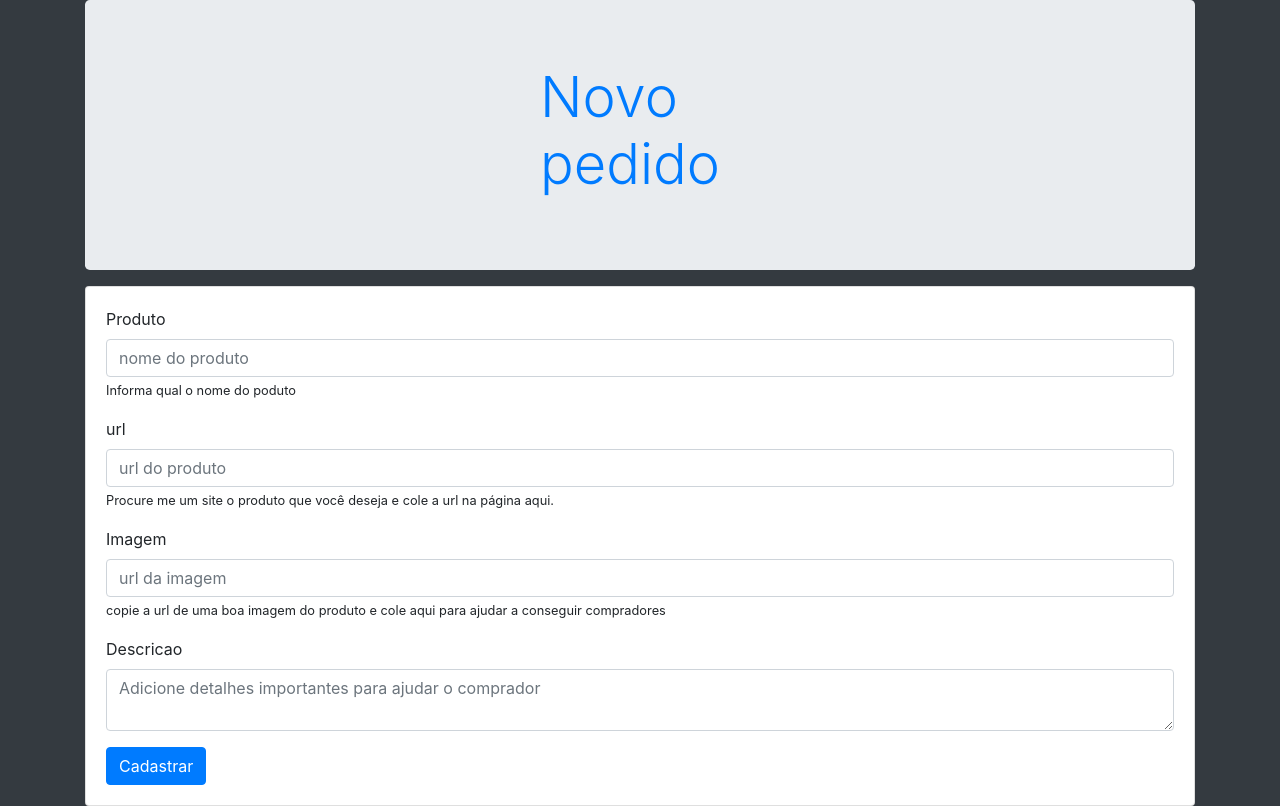
Repository: Erick-Fernandes-dev/Spring_MVC_Part2
Page: http://localhost/pedido/formulario
These files come from the project's save history. The page is drawn as it stood at one moment and after the next save; the edit follows.
The browser window is 1280 px wide. The pictures show the whole page.
The page is this project's Thymeleaf template; nobody is signed in. The template is opened directly, without the code that normally fills it, so the values that code supplies are empty.

Above is the page before, as saved 2022-05-26 18:13:14.

### mudi/src/main/resources/templates/pedido/formulario.html
<!DOCTYPE html>
<html>
<head>
<meta charset="UTF-8">
<title>Insert title here</title>
<link rel="stylesheet"
	href="https://stackpath.bootstrapcdn.com/bootstrap/4.5.2/css/bootstrap.min.css"
	integrity="sha384-JcKb8q3iqJ61gNV9KGb8thSsNjpSL0n8PARn9HuZOnIxN0hoP+VmmDGMN5t9UJ0Z"
	crossorigin="anonymous">
</head>
</head>
<body class="bg-dark">

	<div class="container">

		<div class="jumbotron mb-0">

			<h1 class="display-4 text-primary mx-auto" style="width: 200px;">Novo pedido</h1>

		</div>

		<div class="card mt-3">
			<form th:object = "${requisicaoNovoPedido}" class = "card-body" action="/pedido/novo" method="post">

				<div class="form-group">

					<label for="nomeProduto">Produto</label>
					<input th:field = "*{nomeProduto}" th:errorclass = "is-invalid" class = "form-control" placeholder="nome do produto">
					<small>Informa qual o nome do poduto</small>

					<div class="invalid-feedback"  th:errors = "*{nomeProduto}">
						Erros do nome do produto
					</div>

				</div>

				<div class="form-group">

					<label for="urlProduto">url</label>
					<input th:field = "*{urlProduto}" th:errorclass = "is-invalid" class = "form-control" placeholder="url do produto">
					<small>Procure me um site o produto que você deseja e cole a url na página aqui. </small>

					<div class="invalid-feedback" th:errors = "*{urlProduto}">
						Erros da url do produto
					</div>

				</div>


				<div class="form-group">

					<label for="urlImagem">Imagem</label>
					<input th:field = "*{urlImagem}" th:errorclass = "is-invalid" class = "form-control" placeholder="url da imagem">
					<small>copie a url de uma boa imagem do produto e cole aqui para ajudar a conseguir compradores</small>
					<div class="invalid-feedback" th:errors = "*{urlImagem}">
						Erros da url da imagem
					</div>

				</div>

				<div class="form-group">

					<label for="descricao">Descricao</label>
					<textarea th:field = "*{descricao}" class = "form-control" placeholder="Adicione detalhes importantes para ajudar o comprador"></textarea>

				</div>

				<button class="btn btn-primary" type="submit">Cadastrar</button>

			</form>
		</div>
	</div>
</body>

</html>

After the next save:
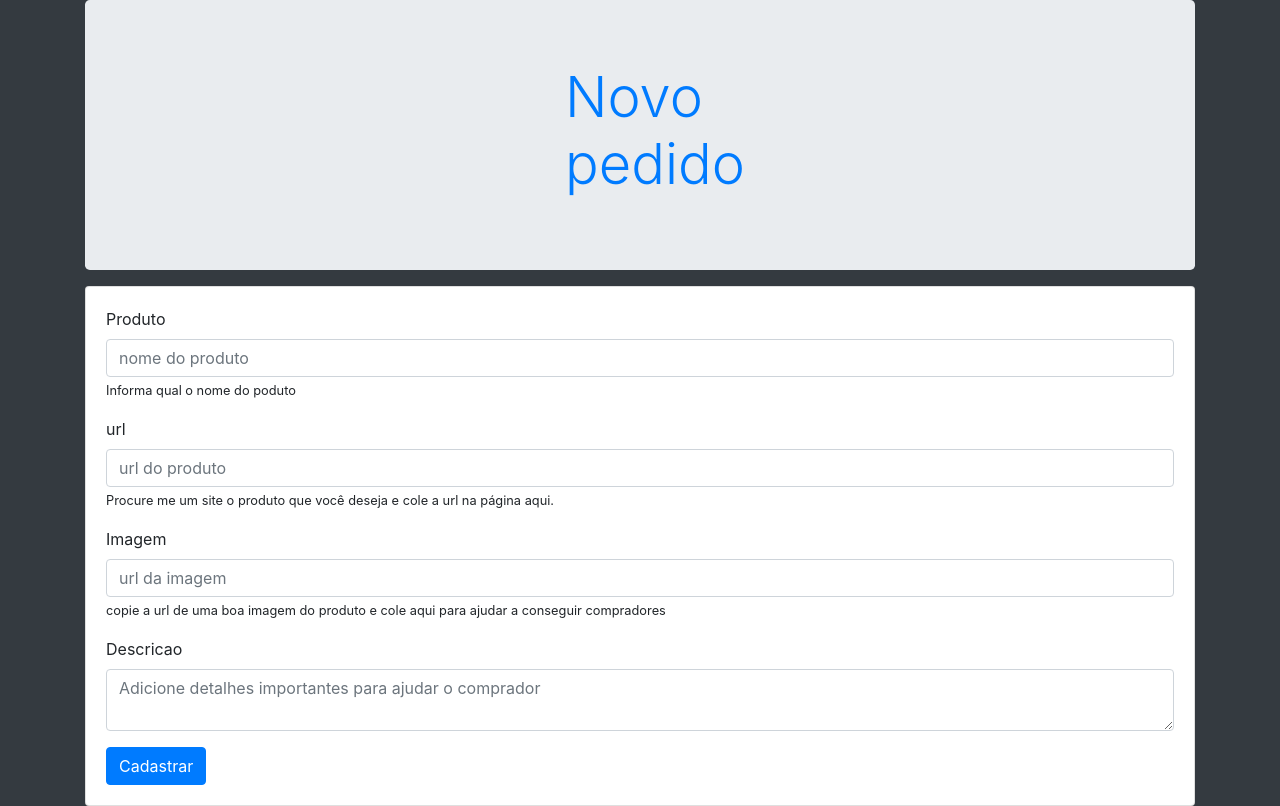
Saved 30 s later.
--- a/mudi/src/main/resources/templates/pedido/formulario.html
+++ b/mudi/src/main/resources/templates/pedido/formulario.html
@@ -15,7 +15,7 @@
 
 		<div class="jumbotron mb-0">
 
-			<h1 class="display-4 text-primary mx-auto" style="width: 200px;">Novo pedido</h1>
+			<h1 class="display-4 text-primary mx-auto" style="width: 150px;">Novo pedido</h1>
 
 		</div>
 
